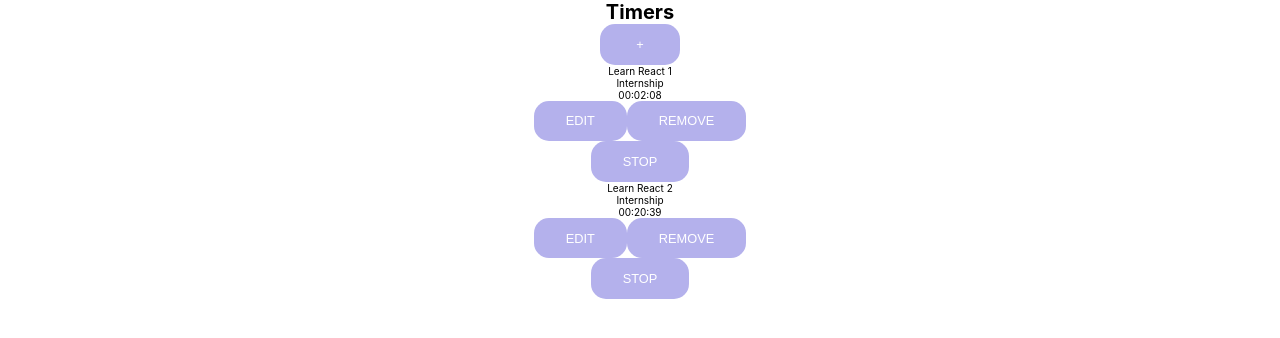
Repository: dqhuy153/react-timer
Page: /
An editor plug-in stored every save of this project. The page is shown before and after a run of saves, followed by the edit.
The browser window is 1280 px wide. The pictures show the whole page.
The project was rebuilt for these pictures with package versions that can differ from the ones it lists, and the page was loaded fresh each time. Also part of the build but not shown: src/components/TimerForm/index.jsx, src/components/ToggeableTimerForm/ToggleableTimerForm.module.scss.

Above is the page before, as saved 2021-10-26 15:25:11.

### src/index.css
* {
  padding: 0;
  margin: 0;
  box-sizing: border-box;
}

body {
  margin: 0;
  font-family: -apple-system, BlinkMacSystemFont, 'Segoe UI', 'Roboto', 'Oxygen',
    'Ubuntu', 'Cantarell', 'Fira Sans', 'Droid Sans', 'Helvetica Neue',
    sans-serif;
  -webkit-font-smoothing: antialiased;
  -moz-osx-font-smoothing: grayscale;

  font-size: 62.5%;
}

code {
  font-family: source-code-pro, Menlo, Monaco, Consolas, 'Courier New',
    monospace;
}

### src/App.js
import { useEffect, useRef, useState } from 'react';
import './App.css';

import EditableTimerForm from './components/EditableTimerForm';
import ToggleableTimerForm from './components/ToggeableTimerForm';

function App() {
  const timerRef = useRef();
  const [timers, setTimers] = useState([
    {
      id: 1,
      title: 'Learn React 1',
      project: 'Internship',
      time: 123454,
      isRunning: true,
    },
    {
      id: 2,
      title: 'Learn React 2',
      project: 'Internship',
      time: 1234545,
      isRunning: true,
    },
  ]);

  const handleUpdateTimer = (data) => {
    const newTimers = timers.map((timer, idx) => {
      if (timer.id === data.id) {
        return {
          ...timer,
          title: data.title,
          project: data.project,
        };
      }

      return timer;
    });

    setTimers(newTimers);
  };

  useEffect(() => {
    clearTimeout(timerRef.current);

    timerRef.current = setTimeout(() => {
      const newTimers = timers.map((timer, idx) => {
        if (timer.isRunning)
          return {
            ...timer,
            time: timer.time + 1000,
          };

        return timer;
      });

      setTimers(newTimers);
    }, 1000);
  }, [timers]);

  return (
    <div className="App">
      <h1>Timers</h1>

      <ToggleableTimerForm />

      {timers.map((timer) => {
        return (
          <EditableTimerForm
            key={timer.id}
            id={timer.id}
            title={timer.title}
            project={timer.project}
            timer={timer.time}
            isRunning={timer.isRunning}
          />
        );
      })}
    </div>
  );
}

export default App;

### src/components/EditableTimerForm/index.jsx
import React from 'react';
import Timer from '../Timer';
import TimerForm from '../TimerForm';

const EditableTimerForm = ({ id, title, project, timer, isRunning }) => {
  const isEdit = false;

  if (isEdit)
    return (
      <TimerForm
        id={id}
        title={title}
        project={project}
        timer={timer}
        // onCancel={handleCancelFomr}
      />
    );

  return (
    <Timer
      id={id}
      title={title}
      project={project}
      timer={timer}
      isRunning={isRunning}
    />
  );
};

export default EditableTimerForm;

### src/components/ToggeableTimerForm/index.jsx
import { useState } from 'react';
import Button from '../Button';
import TimerForm from '../TimerForm';

import styles from './ToggleableTimerForm.module.scss';

const ToggleableTimerForm = ({ onCreate, ...props }) => {
  const [isOpen, setIsOpen] = useState(false);

  const handleOpenForm = () => {
    setIsOpen(true);
  };

  const handleCloseForm = () => {
    setIsOpen(false);
  };

  if (!isOpen) return <Button onClick={handleOpenForm}>+</Button>;

  return <TimerForm onCancel={handleCloseForm} />;
};

export default ToggleableTimerForm;

### src/components/Timer/index.jsx
import React from 'react';
import { millisecondsToHuman } from '../../utils/TimerUtils';
import Button from '../Button';

const Timer = ({ title, project, timer, isRunning }) => {
  const buttonLabel = isRunning ? 'STOP' : 'START';

  return (
    <div>
      <p>{title}</p>
      <p>{project}</p>
      <p>{millisecondsToHuman(timer)}</p>

      <div>
        <Button>EDIT</Button>
        <Button>REMOVE</Button>
      </div>

      <Button>{buttonLabel}</Button>
    </div>
  );
};

export default Timer;

### src/components/Button/index.jsx
import React from 'react';

import styles from './Button.module.scss';

const Button = ({ children, onClick, className, ...rest }) => {
  return (
    <button
      className={`${styles.container} ${className}`}
      onClick={onClick}
      children={children}
      {...rest}
    ></button>
  );
};

export default Button;

### src/utils/TimerUtils.js
import { v4 as uuidv4 } from 'uuid';

export const millisecondsToHuman = (ms) => {
  const seconds = Math.floor((ms / 1000) % 60);
  const minutes = Math.floor((ms / 1000 / 60) % 60);
  const hours = Math.floor(ms / 1000 / 60 / 60);

  const humanized = [
    pad(hours.toString(), 2),
    pad(minutes.toString(), 2),
    pad(seconds.toString(), 2),
  ].join(':');

  return humanized;
};

const pad = (numberString, size) => {
  let padded = numberString;
  while (padded.length < size) {
    padded = `0${padded}`;
  }
  return padded;
};

export const newTimer = (attrs = {}) => {
  const timer = {
    title: attrs.title || 'Timer',
    project: attrs.project || 'Project',
    id: uuidv4(),
    elapsed: 0,
    isRunning: false,
  };

  return timer;
};

### src/components/Button/Button.module.scss
.container {
  padding: 0.8rem 2rem;
  min-width: 5rem;
  background: rgb(180, 177, 236);
  border: none;
  color: #fff;
  border-radius: 15px;
  font-size: 0.8rem;
  cursor: pointer;

  &:hover {
    box-shadow: rgba(100, 100, 111, 0.2) 0px 7px 29px 0px;
  }
}

Loaded but not shown: public/index.html (common file); src/index.js (common file); src/reportWebVitals.js (common file); src/App.css (common file)

After the next 8 saves:
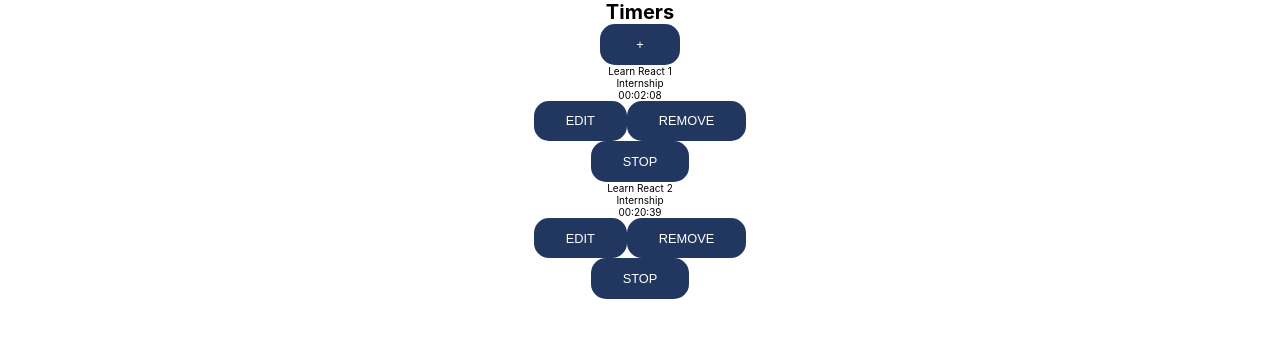
The 8 saves are shown as one change because they came seconds apart.
The last was saved 38 s later.
--- a/src/components/Button/Button.module.scss
+++ b/src/components/Button/Button.module.scss
@@ -1,7 +1,7 @@
 .container {
   padding: 0.8rem 2rem;
   min-width: 5rem;
-  background: rgb(180, 177, 236);
+  background: rgb(34, 55, 95);
   border: none;
   color: #fff;
   border-radius: 15px;
